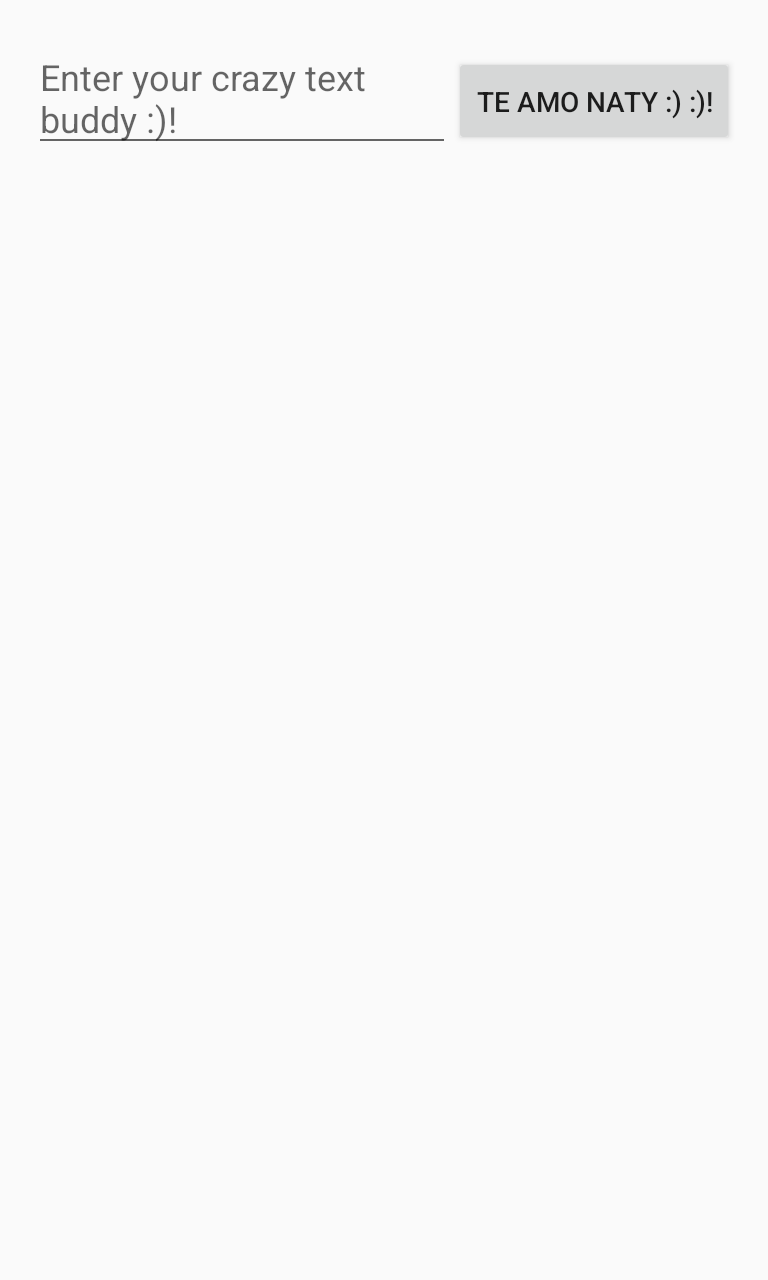
Repository: AndyJeanca/JustRacing
Layout: JustRacing/res/layout/fragment_main.xml
These files come from the project's save history. The layout is drawn as it stood at one moment and after the next save; the edit follows.
It is drawn on a 768 x 1280 px phone screen (xhdpi) without system bars, with theme AppTheme; the app's code is not run.

Above is the layout before, as saved 2014-05-22 04:15:18.

After the next save:
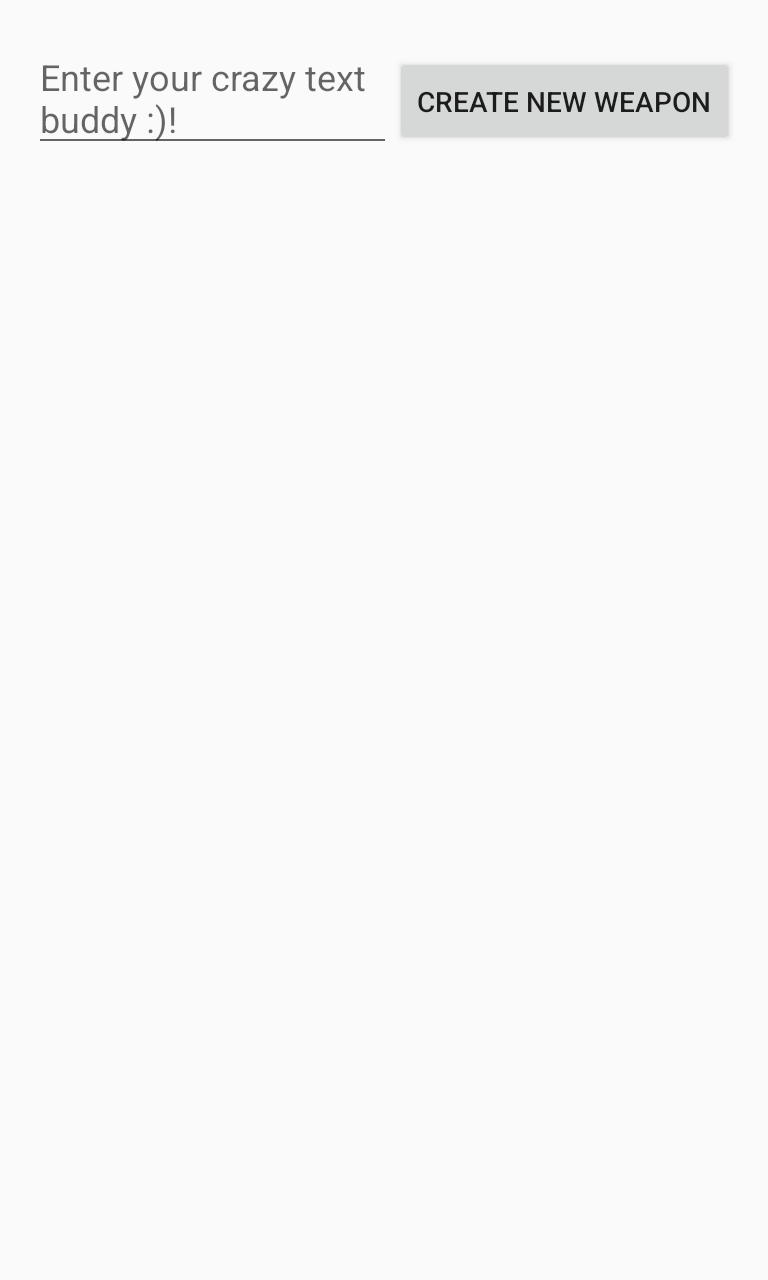
Saved 47 s later.
--- a/JustRacing/res/layout/fragment_main.xml
+++ b/JustRacing/res/layout/fragment_main.xml
@@ -20,7 +20,7 @@
        android:layout_width="wrap_content"
        android:layout_height="wrap_content"
        android:text="@string/button_send"
-       android:onClick=""
+       android:onClick="createNewWeapon"
     />
 
 
--- a/JustRacing/res/values/strings.xml
+++ b/JustRacing/res/values/strings.xml
@@ -4,7 +4,7 @@
     <string name="app_name">JustRacing</string>
     <string name="hello_world">Entonces Mundo!</string>
     <string name="edit_text">Enter your crazy text buddy :)!</string>
-    <string name="button_send">Te Amo Naty :) :)!</string>
+    <string name="button_send">Create New Weapon</string>
     <string name="action_settings">Settings</string>
     <string name="title_activity_print_new_weapon_information">PrintNewWeaponInformation</string>
 
